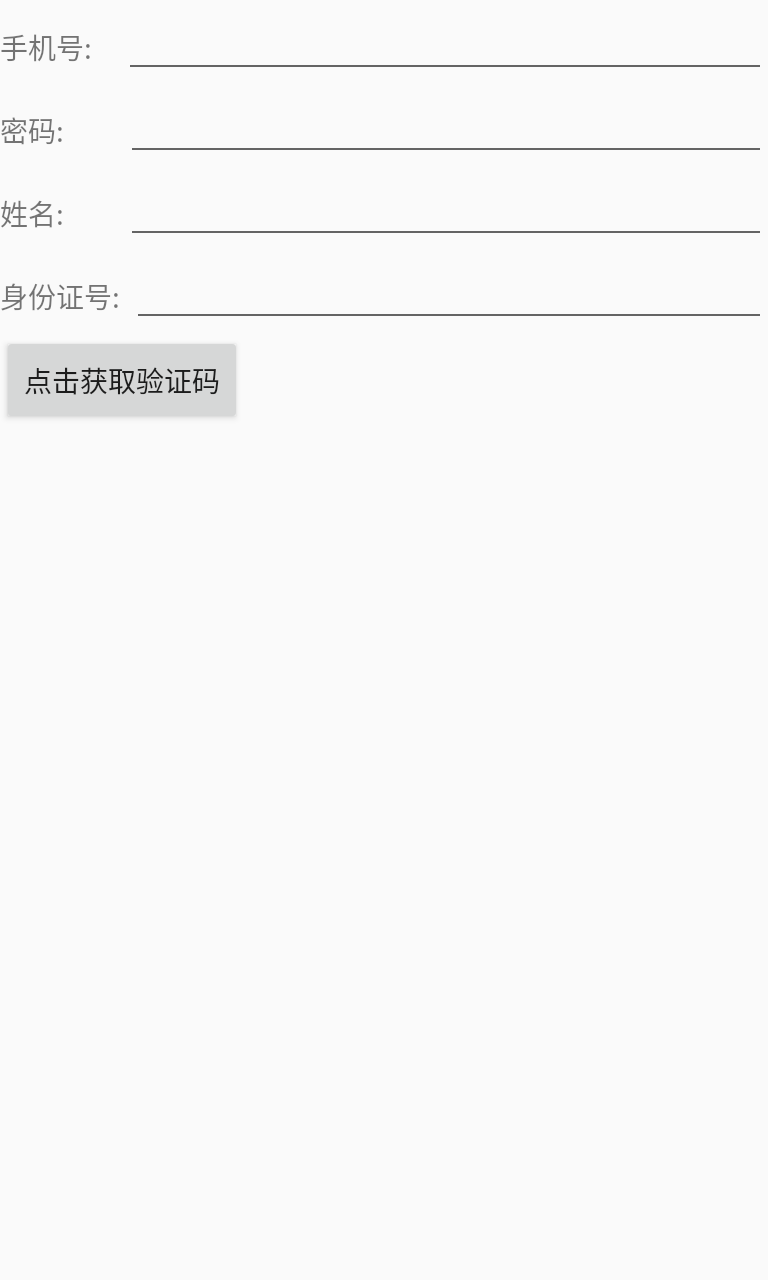
Repository: wzz12/test01
Layout: workspace/androidproject/TestPhoneNum/res/layout/activity_main.xml
An editor plug-in stored every save of this project. The layout is shown before and after the next save, followed by the edit.
It is drawn on a 768 x 1280 px phone screen (xhdpi) without system bars, with theme AppTheme; the app's code is not run.

Above is the layout before, as saved 2016-08-23 06:09:17.

### workspace/androidproject/TestPhoneNum/res/layout/activity_main.xml
<LinearLayout xmlns:android="http://schemas.android.com/apk/res/android"
    xmlns:tools="http://schemas.android.com/tools"
    android:layout_width="match_parent"
    android:layout_height="match_parent"
    android:orientation="vertical"
     >

  <LinearLayout
      android:layout_width="match_parent"
    android:layout_height="wrap_content"
    android:orientation="horizontal"
      >

        <TextView
            android:layout_width="wrap_content"
            android:layout_height="wrap_content"
           android:id="@+id/tvphn"
            android:text="手机号:" />

        <EditText
            android:id="@+id/phN"
            android:layout_width="match_parent"
            android:layout_height="wrap_content"
            android:layout_marginLeft="15dp"
            android:ems="11"

            />
        </LinearLayout>
        <LinearLayout
      android:layout_width="match_parent"
    android:layout_height="wrap_content"
    android:orientation="horizontal"
      >
         <TextView
            android:layout_width="wrap_content"
            android:layout_height="wrap_content"
           android:id="@+id/tvpas"
            android:text="密码:"

           />
         <EditText
            android:id="@+id/phPas"
            android:layout_width="match_parent"
            android:layout_height="wrap_content"
            android:layout_marginLeft="30dp"
             android:password="true"
             android:singleLine="true"

            />
         </LinearLayout>
          <LinearLayout
      android:layout_width="match_parent"
    android:layout_height="wrap_content"
    android:orientation="horizontal"
      >
         <TextView
            android:layout_width="wrap_content"
            android:layout_height="wrap_content"
           android:id="@+id/tvna"
            android:text="姓名:"

           />
         <EditText
            android:id="@+id/etName"
            android:layout_width="match_parent"
            android:layout_height="wrap_content"
            android:layout_marginLeft="30dp"

            />
         </LinearLayout>
          <LinearLayout
      android:layout_width="match_parent"
    android:layout_height="wrap_content"
    android:orientation="horizontal"
      >
         <TextView
            android:layout_width="wrap_content"
            android:layout_height="wrap_content"
           android:id="@+id/tvpid"
            android:text="身份证号:"
           />
         <EditText
            android:id="@+id/etid"
            android:layout_width="match_parent"
            android:layout_height="wrap_content"
            android:layout_marginLeft="5dp"
            android:ems="18"

            />
         </LinearLayout>
         <Button
             android:id="@+id/bt"
             android:layout_width="wrap_content"
             android:layout_height="wrap_content"
             android:text="点击获取验证码"
             />




</LinearLayout>

Loaded but not shown: workspace/androidproject/TestPhoneNum/res/values/styles.xml (common file); workspace/androidproject/TestPhoneNum/res/values-v11/styles.xml (common file); workspace/androidproject/TestPhoneNum/res/values-v14/styles.xml (common file)

After the next save:
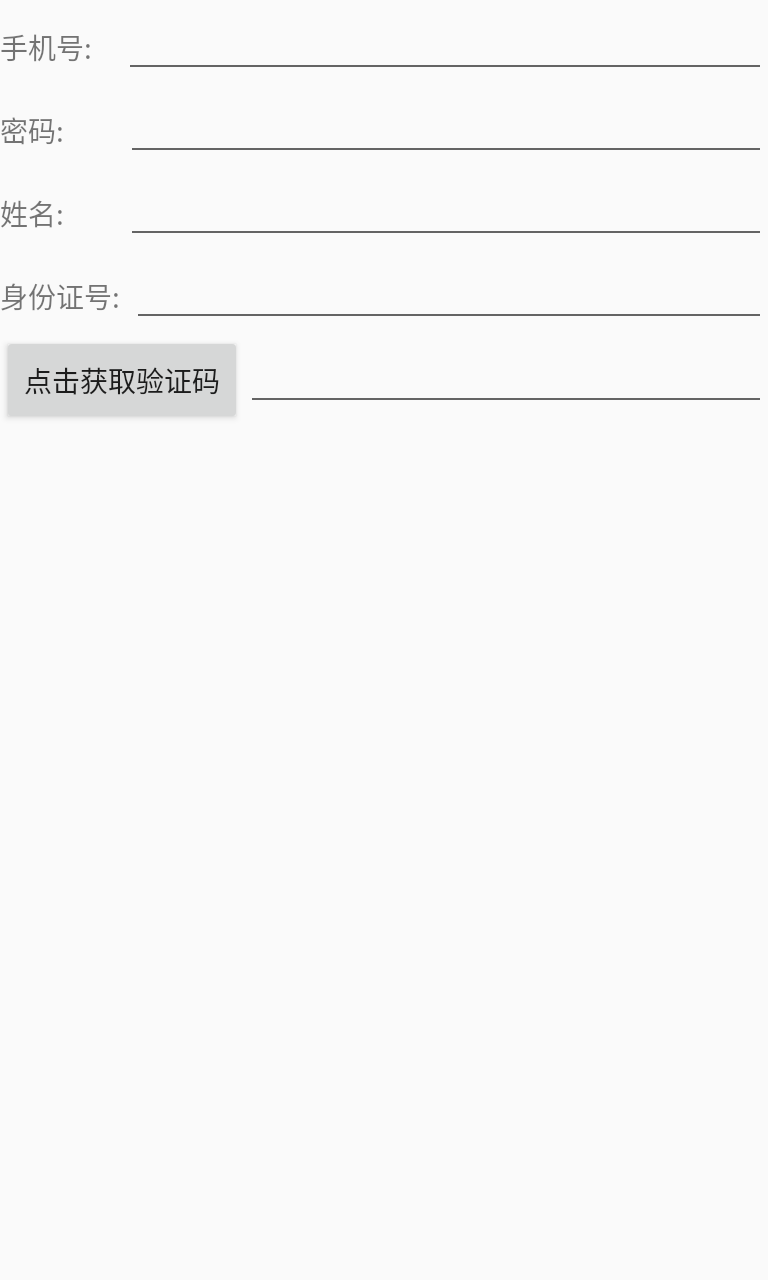
Saved 105 s later.
--- a/workspace/androidproject/TestPhoneNum/res/layout/activity_main.xml
+++ b/workspace/androidproject/TestPhoneNum/res/layout/activity_main.xml
@@ -88,12 +88,24 @@
 
             />
          </LinearLayout>
+         <LinearLayout
+             android:layout_width="match_parent"
+    android:layout_height="wrap_content"
+    android:orientation="horizontal"
+
+             >
          <Button
              android:id="@+id/bt"
              android:layout_width="wrap_content"
              android:layout_height="wrap_content"
              android:text="点击获取验证码"
              />
+         <EditText
+             android:id="@+id/etYan"
+             android:layout_width="match_parent"
+            android:layout_height="wrap_content"
+             />
+         </LinearLayout>
 
 
 
